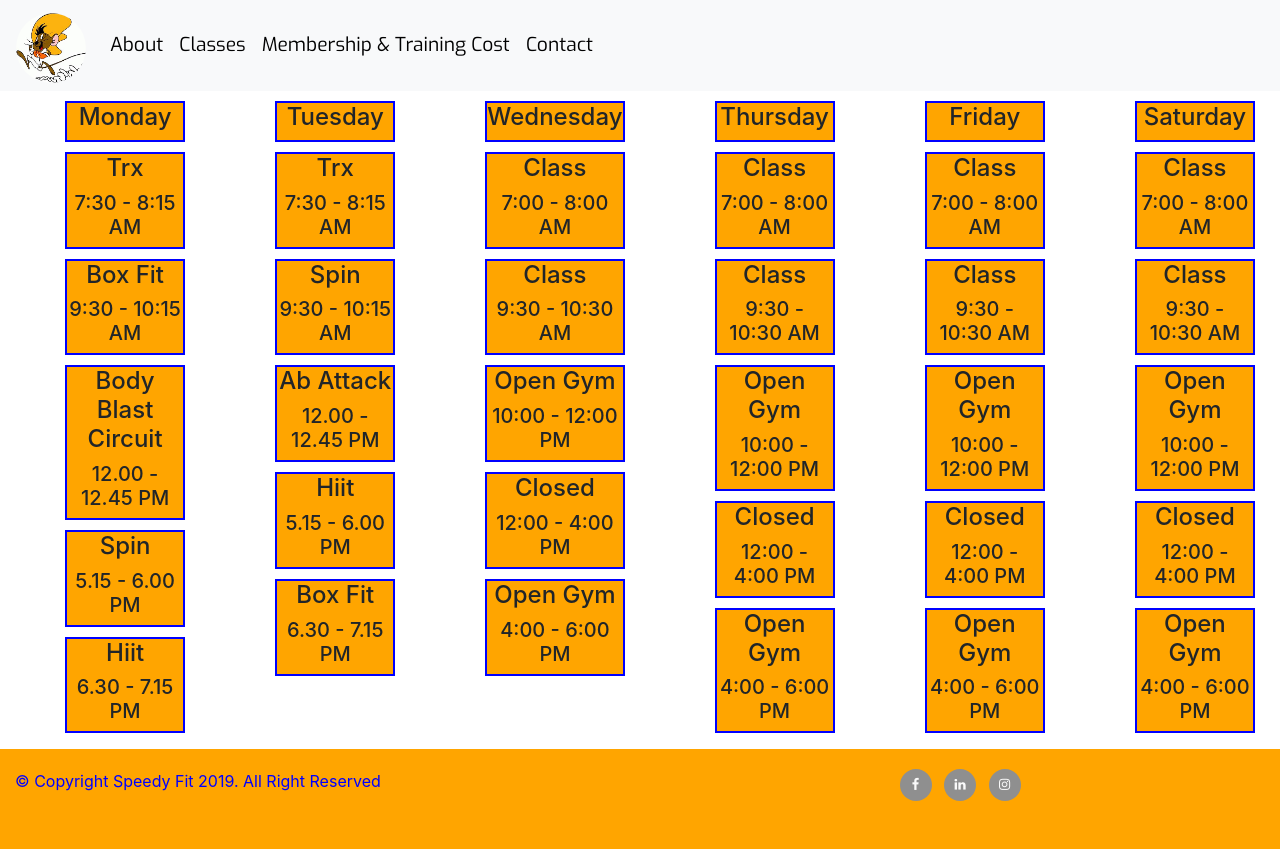
Repository: marcomoreschi/Milestrone-project
Page: classes.html
The author's editor kept a record of every edit. The page is drawn from the files as they stood at one moment, then again after the next edit.
The browser window is 1280 px wide. The pictures show the whole page.
Some web libraries are served in a nearby version.

Above is the page before.

After the next edit:
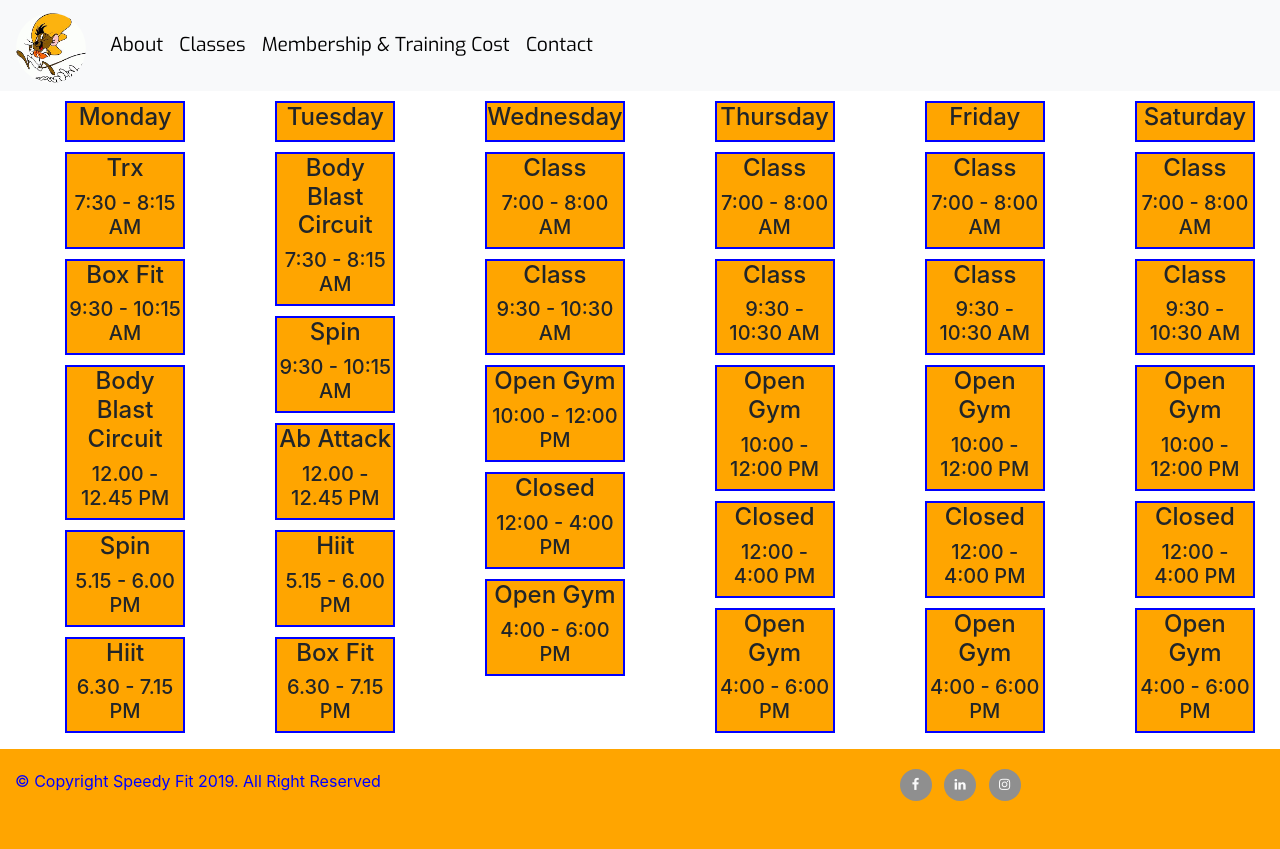
The edit:
--- a/classes.html
+++ b/classes.html
@@ -80,7 +80,7 @@
                     <h4>Tuesday</h4>
                 </li>
                 <li class="class-time">
-                    <h4>Trx</h4>
+                    <h4>Body Blast Circuit</h4>
                     <h5>7:30 - 8:15 AM</h5>
                 </li>
                 <li class="class-time">
